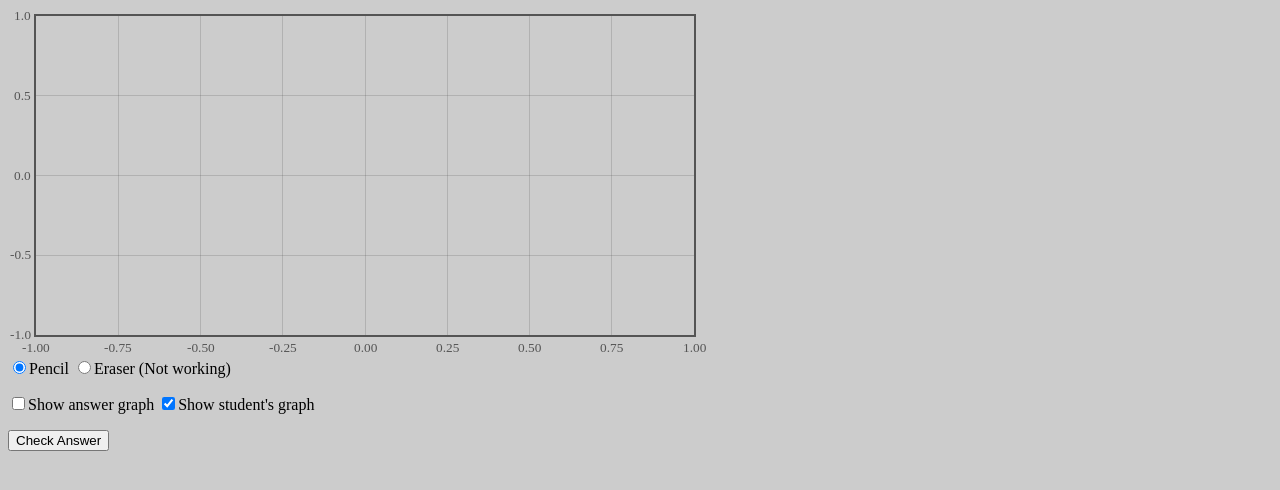
Repository: danmartelly/601autogradeGraphs
Page: flotSketching/test.html
These files come from the project's save history. The page is drawn as it stood at one moment and after the next save; the edit follows.
The browser window is 1280 px wide. The pictures show the whole page.

Above is the page before, as saved 2014-01-20 20:13:46.

After the next save:
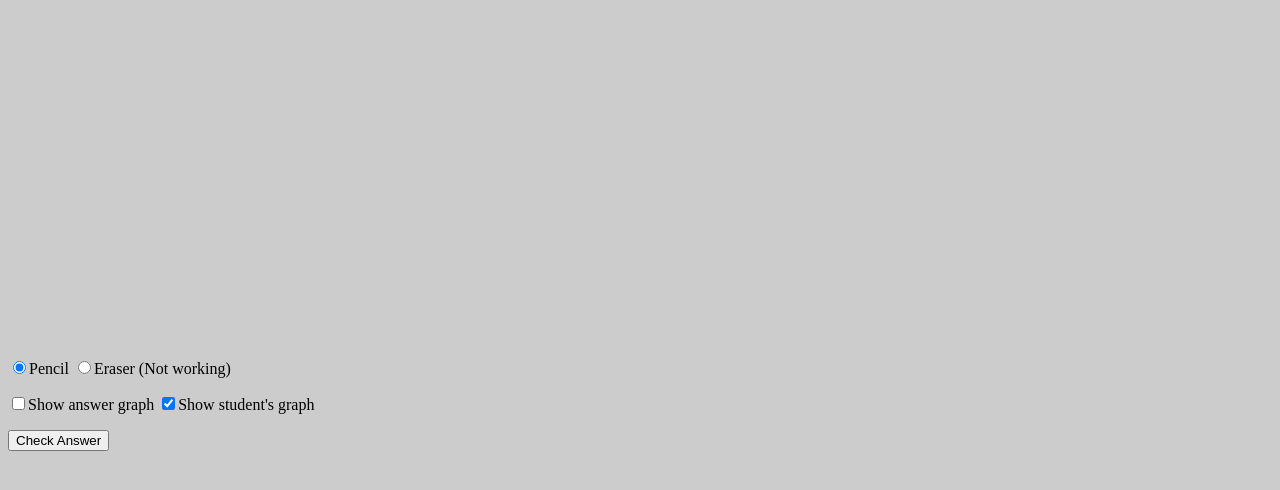
Console error: SyntaxError: Unexpected token '}'
Saved 6 s later.
--- a/flotSketching/test.js
+++ b/flotSketching/test.js
@@ -42,7 +42,7 @@
 	// way to compare the data
 	function compareData(refArray, otherArray, loLimit, hiLimit, interval) {
 		// find variance
-		var variance = 0;
+		var variance;
 		var counter = 0;
 		var squareTotal = 0;
 		for (var x = loLimit; x <= hiLimit; x++) {
@@ -51,6 +51,7 @@
 			var othery = linearInterpoalte(otherArray, x);
 			squareTotal += Math.pow((refy - othery), 2);
 		}
+		variance =
 	}
 
 	// Take in an array and an x value, and linearly interpolate to find the

After the save that followed:
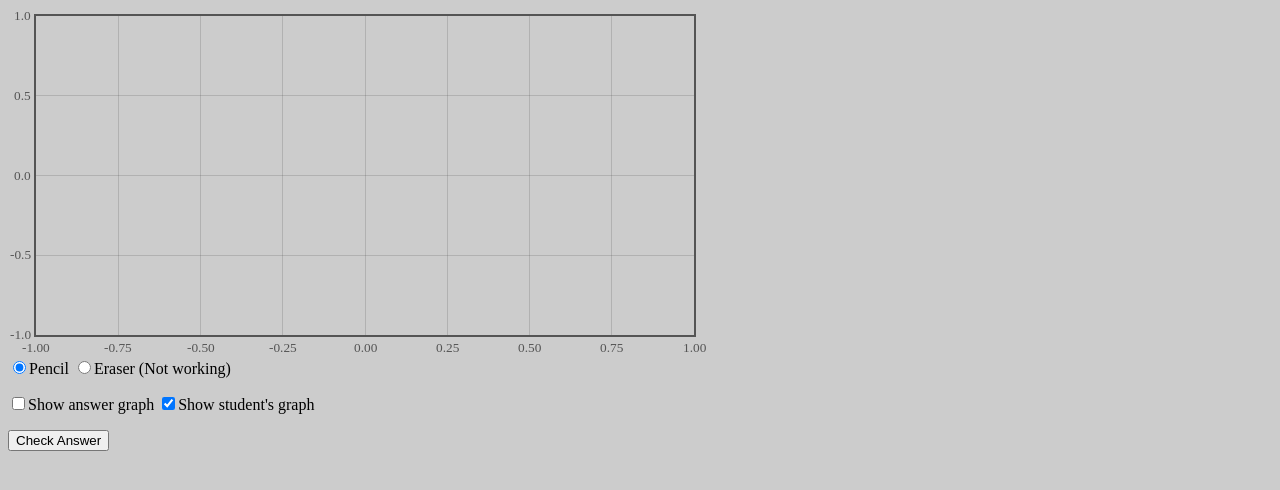
The error is gone.
Saved 7 s later.
--- a/flotSketching/test.js
+++ b/flotSketching/test.js
@@ -51,7 +51,7 @@
 			var othery = linearInterpoalte(otherArray, x);
 			squareTotal += Math.pow((refy - othery), 2);
 		}
-		variance =
+		variance = squareTotal/counter;
 	}
 
 	// Take in an array and an x value, and linearly interpolate to find the
